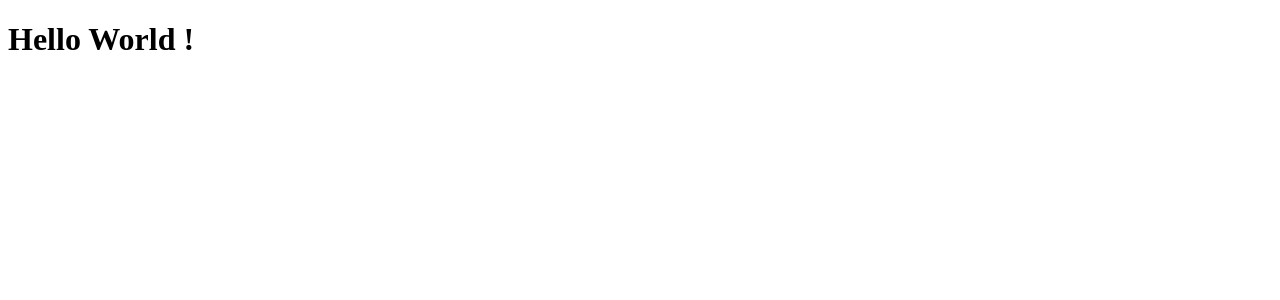
Repository: raphael-stefan/microverse-trieals-ibifuro-raphael
Page: index.html
The author's editor kept a copy of each file at every save. The page is drawn from the files as they stood at one save, then again after the next save.
The browser window is 1280 px wide. The pictures show the whole page.

Above is the page before, as saved 2021-02-10 19:39:30.

### index.html
<!DOCTYPE html>
<html lang="en">
  <head>
    <meta charset="UTF-8">
    <title>Fork Me! FCC: Test Suite Template</title>
    <link rel="stylesheet" href="css/style.css">
  </head>

  <body id="main">
    <script src="https://cdn.freecodecamp.org/testable-projects-fcc/v1/bundle.js"></script>

    <h1> Hello World ! </h1>
    <h1 id="title"></h1>
    <!--

    Hello Camper!

    For now, the test suite only works in Chrome!
    Please read the README below in the JS Editor before beginning.
    Feel free to delete this message once you have read it.
    Good luck and Happy Coding!

    - The freeCodeCamp Team

    -->
    <script  src="js/index.js"></script>
  </body>
</html>

### js/index.js
// !! IMPORTANT README:

// You may add additional external JS and CSS as needed to complete the project, however the current external resource MUST remain in place for the tests to work. BABEL must also be left in place.

/***********
INSTRUCTIONS:
  - Select the project you would
    like to complete from the dropdown
    menu.
  - Click the "RUN TESTS" button to
    run the tests against the blank
    pen.
  - Click the "TESTS" button to see
    the individual test cases.
    (should all be failing at first)
  - Start coding! As you fulfill each
    test case, you will see them go
    from red to green.
  - As you start to build out your
    project, when tests are failing,
    you should get helpful errors
    along the way!
    ************/

// PLEASE NOTE: Adding global style rules using the * selector, or by adding rules to body {..} or html {..}, or to all elements within body or html, i.e. h1 {..}, has the potential to pollute the test suite's CSS. Try adding: * { color: red }, for a quick example!

// Once you have read the above messages, you can delete all comments.
"use strict";

Loaded but not shown: css/style.css (no stored copy; drawn as an empty file)

After the next save:
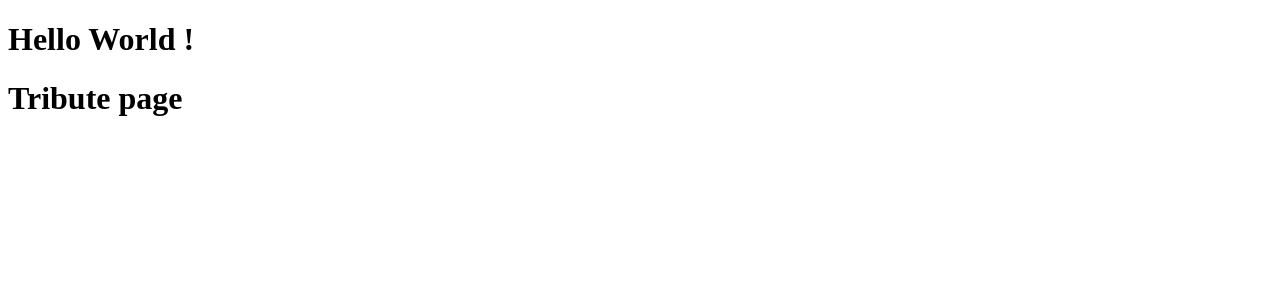
Saved 22 s later.
--- a/index.html
+++ b/index.html
@@ -10,7 +10,7 @@
     <script src="https://cdn.freecodecamp.org/testable-projects-fcc/v1/bundle.js"></script>
 
     <h1> Hello World ! </h1>
-    <h1 id="title"></h1>
+    <h1 id="title"> Tribute page</h1>
     <!--
 
     Hello Camper!
